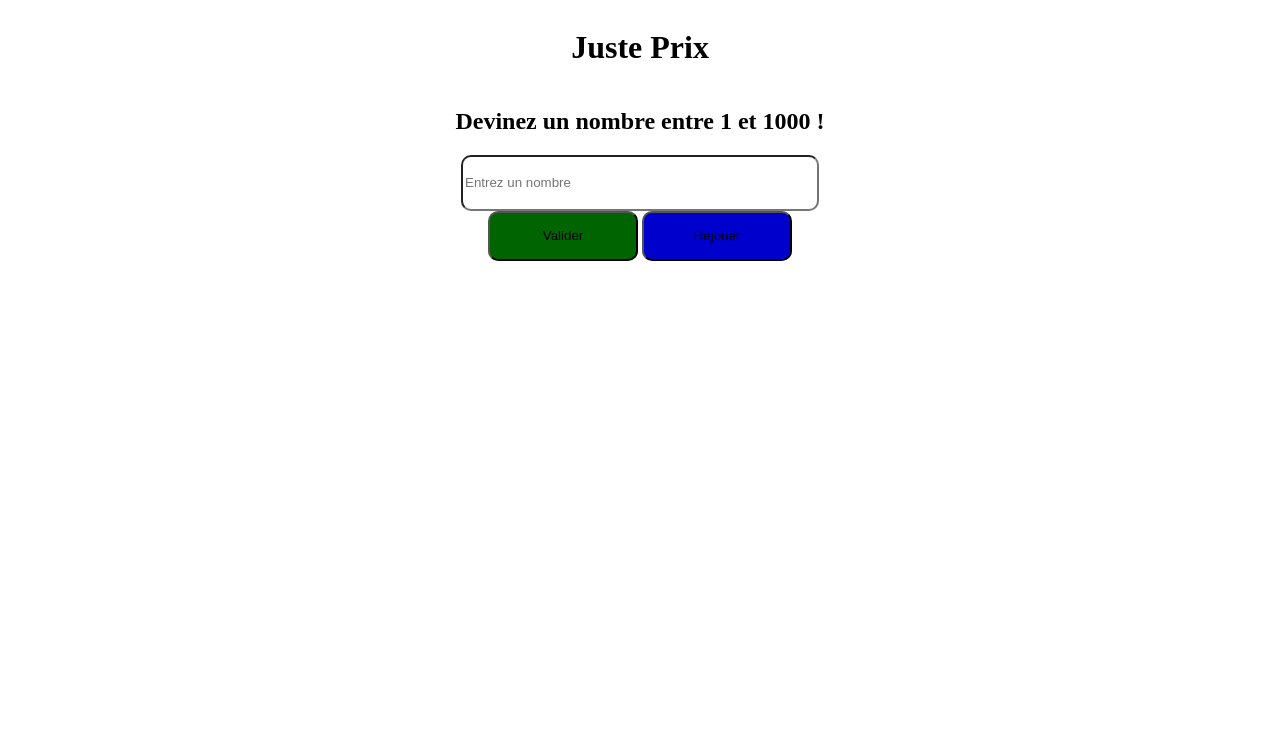
Repository: Coumba25040/coumbaProjet
Page: coursDom/justePrix.html
An editor plug-in stored every save of this project. The page is shown before and after the next save, followed by the edit.
The browser window is 1280 px wide. The pictures show the whole page.

Above is the page before, as saved 2025-06-04 18:09:51.

After the next save:
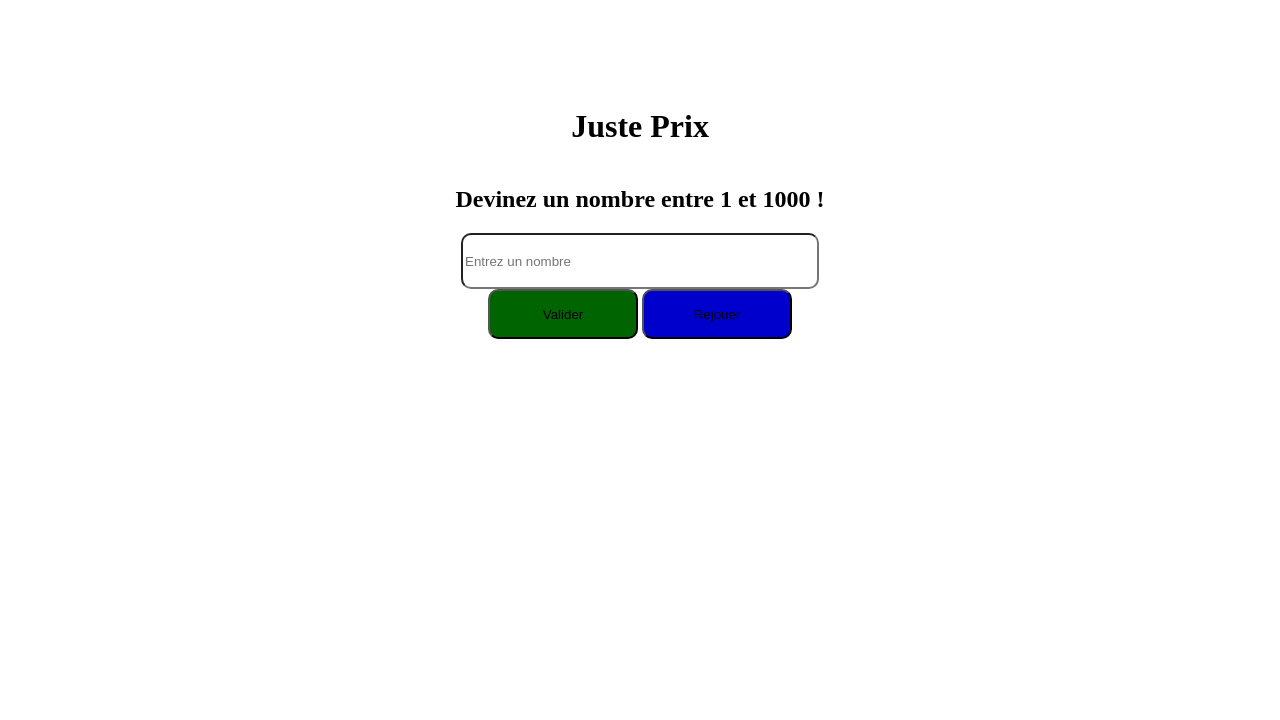
Saved 50 s later.
--- a/coursDom/justePrix.css
+++ b/coursDom/justePrix.css
@@ -3,7 +3,9 @@ body{
    flex-direction: column;
    align-items: center;
    text-align: center;
-   height: 100vh;
+}
+h1{
+    margin-top: 100px;
 }
 input{
     height: 50px;
